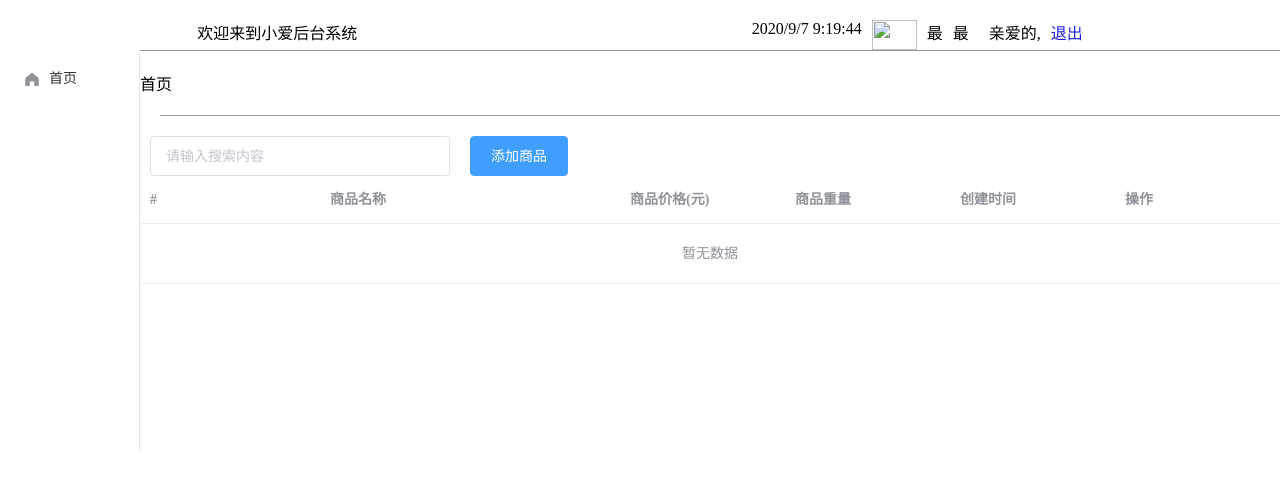
Repository: wujingwenwu/system
Page: /goods/goods
The author's editor kept a copy of each file at every save. The page is drawn from the files as they stood at one save, then again after the next save.
The browser window is 1280 px wide. The pictures show the whole page.
The page's requests for data from a server got no answer. The project was rebuilt for these pictures with package versions that can differ from the ones it lists, and the page was loaded fresh each time. No one was signed in, and anything a server would have sent is missing. Also part of the build but not shown: vue.config.js, src/views/Home.vue.

Above is the page before, as saved 2020-09-07 11:33:37.

### public/index.html
<!DOCTYPE html>
<html lang="en">
  <head>
    <meta charset="utf-8">
    <meta http-equiv="X-UA-Compatible" content="IE=edge">
    <meta name="viewport" content="width=device-width,initial-scale=1.0">
    <link rel="icon" href="<%= BASE_URL %>favicon.ico">
    <title><%= htmlWebpackPlugin.options.title %></title>
  </head>
  <body>
    <noscript>
      <strong>We're sorry but <%= htmlWebpackPlugin.options.title %> doesn't work properly without JavaScript enabled. Please enable it to continue.</strong>
    </noscript>
    <div id="app"></div>
    <!-- built files will be auto injected -->
    <!--[if lte IE 9]>
    <div style='position:absolute; top: 50%; left:50%; margin-top: -50px;margin-left: -400px; align-items: center;justify-content: center;'>
      <div style='width: 800px; height: 100px;text-align: center'>
        <h1>
        您的浏览器版本过低 请下载最新的谷歌浏览器
      </h1>
      <div style='text-align: center;width: 800px'>
        <a href='https://www.chromestatus.com/feature/5636954674692096'>下载谷歌浏览器点此链接</a>
      </div>
      </div>
    </div>
  <![endif]-->
  </body>
</html>

### src/main.js
import Vue from "vue";
import App from "./App.vue";
import router from "./router";
import store from "./store";
import './bus'
import axios from 'axios';
import ElementUI from 'element-ui'
import 'element-ui/lib/theme-chalk/index.css'
import  echarts from 'echarts';
Vue.config.productionTip = false;
Vue.prototype.$axios = axios;
Vue.use(ElementUI)
Vue.prototype.$echarts = echarts;
new Vue({
  router,
  store,
  render: h => h(App)
}).$mount("#app");

### src/App.vue
<template>
  <div id="app">
    <router-view />
  </div>
</template>

<style lang="scss">
@import "../src/style/demo";
* {
  margin: 0;
  padding: 0;
}
</style>

### src/router/index.js
import Vue from "vue";
import VueRouter from "vue-router";
import Home from "../views/Home.vue";
import Public from '../views/publics/Public'
Vue.use(VueRouter);

const routes = [
  {
    path: '/Home',
    redirect: '/'
  },
  {
    path: "/about",
    name: "About",
    // route level code-splitting
    // this generates a separate chunk (about.[hash].js) for this route
    // which is lazy-loaded when the route is visited.
    component: () =>
      import(/* webpackChunkName: "about" */ "../views/About.vue")
  },
  {
    path: "/login",
    name: "Login",
    component: () =>
      import("../views/login/Login"),

  },
  {
    path: "/",
    name: "首页",
    component: Public,
    children: [
      {
        path: "",
        name: "Home",
        component: Home,
        meta: {
          title: "首页",
          icon: 'el-icon-s-home'
        },
      }
    ]
  },
  {
    path: "/users",
    name: "Public",
    component: Public,
    meta: {
      title: "用户管理",
      icon: 'el-icon-user-solid',
    },
    children: [
      {
        path: "users",
        name: "Users",
        component: () => import("../views/users/Users"),
        meta: {
          title: "用户列表",
          icon: 'el-icon-folder-opened',
          path: "/users/users"
        },
      }

    ]
  },
  {
    path: "/rights",
    name: "Public",
    component: Public,
    meta: {
      title: "权限管理",
      icon: 'el-icon-folder'
    },
    children: [
      {
        path: "roles",
        name: "Roles",
        component: () => import("../views/roles/Roles"),
        meta: {
          title: "角色列表",
          icon: 'el-icon-setting',
          path: '/rights/roles'
        },
      },
      {
        path: "rights",
        name: "Roles",
        component: () => import("../views/rights/Rights"),
        meta: {
          title: "权限列表",
          icon: 'el-icon-c-scale-to-original',
          path: '/rights/rights'
        },
      },
    ]
  },
  {
    path: "/goods",
    name: "Public",
    component: Public,
    meta: {
      title: "商品管理",
      icon: 'el-icon-shopping-bag-2'
    },
    children: [
      {
        path: "goods",
        name: "Goods",
        component: () => import("../views/goods/Goods"),
        meta: {
          title: "商品列表",
          icon: 'el-icon-bangzhu',
          path: '/goods/goods'
        },
      },
      {
        path: "params",
        name: "Params",
        component: () => import("../views/params/Params"),
        meta: {
          title: "分类参数",
          icon: 'el-icon-bell',
          path: '/goods/params'
        },
      },
      {
        path: "categories",
        name: "Categories",
        component: () => import("../views/categories/Categories"),
        meta: {
          title: "商品分类",
          icon: 'el-icon-date',
          path: '/goods/categories'
        },
      },
    ]
  },
  {
    path: "/orders",
    name: "Public",
    component: Public,
    meta: {
      title: "订单管理",
      icon: 'el-icon-s-order'
    },
    children: [
      {
        path: "orders",
        name: "Orders",
        component: () => import("../views/orders/Orders"),
        meta: {
          title: "订单列表",
          icon: 'el-icon-folder-add',
          path: '/orders/orders'
        },
      }

    ]
  },
  {
    path: "/reports",
    name: "Public",
    component: Public,
    meta: {
      title: "数据统计",
      icon: 'el-icon-message'
    },
    children: [
      {
        path: "reports",
        name: "Reports",
        component: () => import("../views/reports/Reports"),
        meta: {
          title: "数据报表",
          icon: 'el-icon-position',
          path: '/reports/reports'
        },
      }

    ]
  },
];

const router = new VueRouter({
  mode: "history",
  base: process.env.BASE_URL,
  routes
});

export default router;

### src/store/index.js
import Vue from "vue";
import Vuex from "vuex";
import login from './login/login';
import publics from './publics/publics';
import report from './report/report';
import management  from './management/management';
import jurisdiction from './jurisdiction/jurisdiction';
import goodser from './goodser/goodser'
Vue.use(Vuex);

export default new Vuex.Store({
  state: {},
  mutations: {},
  actions: {},
  modules: {
    login,
    publics,
    report,
    management,
    jurisdiction,
    goodser
  }
});

### src/bus/index.js
import Vue from 'vue'
const bus = new Vue()
Vue.prototype.$bus = bus

### src/style/demo.scss
.d-f{
    display: flex;
    /* 弹性盒模型 */
}
.f-s-12{
    font-size: 12px;
    /* 字体大小为12px */
}
.f-s-14{
    font-size: 14px;
    /* 字体大小为14px */
}
.f-s-16{
    font-size: 16px;
    /* 字体大小为16px */
}
.f-w{
    font-weight: 700;
    /*字体 加粗 */
}
.f-c-ho{
    color: #f00;
    /* 红色 */
}
.f-c-hu{
    color: #ccc;
    /* 灰色 */
}
.f-c-b{
    color: #ffffff;
    /* 白色 */
}
.f-c-he{
    color: #000;
    /* 黑色 */
}
.t-a-l{
    text-align: left;
    /* 文本左对齐 */
}
.t-a-c{
    text-align: center;
    /* 文本居中 */
}
.t-a-r{
    text-align: right;
    /* 文本右对齐 */
}
.t-d-u{
    text-decoration: underline;
    /* 装饰在文本底部 */
}
.t-d-o{
    text-decoration: overline;
    /* 装饰在顶部 */
}
.t-d-l-t{
    text-decoration: line-through;
    /* 装饰在文本中间 */
}
.d-i{
    display: inline;
    /* 块级元素装换成行内元素 */
}
.d-i-b{
    display: inline-block;
    /* 块级元素装换成行内块元素 */
}
.d-b{
    display: block;
    /* 行内和行内块元素装换成块级元素 */
}
.d-n{
    display: none;
    /* 隐藏元素 */
}
.p-r{
    position: relative;
    /* 相对定位 */
}
.p-a{
    position: absolute;
    /* 绝对定位 */
}
.p-f{
    position: fixed;
    /* 固定定位 */
}
.b-r-50{
    border-radius: 50%;
    /* 圆角为50% */
}
.j-c-s-a{
    justify-content: space-around;
   /* 两边的子元素距离父元素的两边有间距，然后中间距离自动等分 */
}
.j-c-s-b{
    justify-content: space-between;
    /* 两边的子元素距离父元素没有间距，然后中间距离自动等分 */

}
.j-c-c{
    justify-content: center;
     /* 所有的子元素相当于父元素水平居中 */
}
.a-i-c{
    align-items: center;
    /* （竖轴排列方式）子元素相当于父元素垂直方向居中 */
}
.f-d-c{
    flex-direction: column;
    /* 弹性盒模型的竖项排列方式 */
}
*{
  margin: 0;
  padding: 0;
  /* 清除游览器的痕迹 */
}
.conter{
    display: flex;
    justify-content: center;
    /* 弹性盒模型，所有的文本在页面的中间 */
}
.warp{
   width: 1280px;
   /* 宽度为1280px，基本上不会超过1400px */
}
.o-h{
    overflow: hidden;
    /* 超出部分隐藏 */
}
.w-o-t{
    white-space: nowrap;
    overflow: hidden;
    text-overflow: ellipsis;
    /* 超出部分隐藏（只限字体） */
}
.d-n{
    display: none;
    /* 不占位置 */
}
.v-h{
    visibility: hidden;
    /* 占位置 */
}
.f-w-w{
    flex-wrap: wrap;
    /* 换行 */
}
.w-s-n{
    white-space: nowrap;
    /* 内容不换行 */
}
.m-t-20{
    margin-top: 20px;
    /* 向下20 */
}
.m-l-20{
    margin-left: 20px;

}
.m-t-10{
    margin-top: 10px;
}
.m-l-10{
    margin-left: 10px;
}
.b-c-hong{
    background-color: red;
}
.b-c-hei{
    background-color: black;
}
.b-c-bai{
    background-color: #ffffff;
}
.b-c-hui{
    background-color: #ccc;
}
.b-1-s-hong{
    border: 1px solid red;
}
.b-1-d-hong{
    border: 1px dashed red;
}
.b-1-s-bai{
    border: 1px solid #ffffff;
}
.b-1-d-bai{
    border: 1px dashed #ffffff;
}
.b-1-s-hei{
    border: 1px solid black;
}
.b-1-d-hei{
    border: 1px dashed black;
}
.b-1-s-hui{
    border: 1px solid #ccc;
}
.b-1-d-hui{
    border: 1px dashed #ccc;
}
.b-l-n{
    border-left: none;
    /* 左边框隐藏 */
}
.b-t-n{
    border-top: none;
}
.b-r-n{
    border-right: none;
}
.b-b-n{
    border-bottom: none;
}
.m-t-15{
    margin-top: 15px;
}
.m-t-30{
    margin-top: 30px;
}
.m-t-5{
    margin-top: 5px;
}
.b-none{
    border: none;
}
.f-s-18{
    font-size: 18px;
}
.m-l--10{
    margin-left: -10px;
}
.m-l-40{
    margin-left: 40px;
}
.m-t-40{
    margin-top: 40px;
}
.o-n{
    outline: none;
    /* 隐藏边框 */
}

### src/views/publics/Public.vue
<template>
<div>
  <div class="d-f publics j-c-s-a m-t-20">
    <div>欢迎来到小爱后台系统</div>
    <div class="d-f">
    <div>  {{ nowDate + ' ' + nowTime + ' ' }}</div>
     <div class="d-f m-l-10">

    <img :src="img" alt="" class="img">
    <div class="m-l-10">{{weather.type}}</div>
    <div>最{{weather.high}}</div>
    <div class="m-l-10">最{{weather.low}}</div>
    <div class="m-l-20">亲爱的,{{user}}</div>
    <div class="m-l-10 color" @click="toOut">退出</div>
    </div>
    </div>
  </div>
  <div class="d-f">
  <el-menu
      :default-active="$route.path"
      class="el-menu-vertical-demo"
      @open="handleOpen"
      @close="handleClose" unique-opened router>
       <el-menu-item index="/">
        <i class="el-icon-s-home"></i>
        <span slot="title">首页</span>
      </el-menu-item>
      <el-submenu :index="item.path" v-for="(item,index) in menus" :key="index" >
        <template slot="title">
         <i :class="item.icon"></i>
         <span>{{item.authName}}</span>
        </template>
        <el-menu-item-group v-for="(item1,index1) in item.children" :key="index1">

          <el-menu-item :index="item1.path"><i :class="item1.icon"></i>{{item1.authName}}</el-menu-item>

        </el-menu-item-group>
      </el-submenu>



    </el-menu>
    <div>
    <div class="show"></div>
    <div class="m-t-20">首页</div>
    <div class="show1 m-t-20"></div>
  <router-view></router-view>
  </div>
  </div>
  </div>
</template>

<script>
import { createNamespacedHelpers } from 'vuex'
const userModule = createNamespacedHelpers('publics')
const { mapState: userState, mapActions: userActions } = userModule
export default {
  name: "",
  props: {},
  data() {
    return {
      nowDate: "", // 当前日期
      nowTime: "", // 当前时间
      hous:'',
      weather:'',
      img:'',
      user:'',
      routes:''
    };
  },
  components: {},
  methods: {
    toOut(){
      this.$router.push('/login')
    },
    handleOpen(){

    },
    handleClose(){
    },
      ...userActions(['getMenus']),
      //获取当前时间
    currentTime() {
            setInterval(this.getDate, 500);
        },
        getDate: function() {
            var _this = this;
            let yy = new Date().getFullYear();
            let mm = new Date().getMonth() + 1;
            let dd = new Date().getDate();
            let hh = new Date().getHours();
            this.hous=new Date().getHours()
            let mf =
                new Date().getMinutes() < 10
                    ? "0" + new Date().getMinutes()
                    : new Date().getMinutes();
               let my =
                new Date().getSeconds() < 10
                    ? "0" + new Date().getSeconds()
                    : new Date().getSeconds();
            _this.nowTime = hh + ":" + mf +":"+ my;
            _this.nowDate = yy + "/" + mm + "/" + dd;
        },

  },
  mounted() {
    console.log(this.$router);
    this.routes=this.$router.options.routes
       this.getMenus()
      this.currentTime();
      //获取天气
     this.$axios
      .get("http://wthrcdn.etouch.cn/weather_mini?city=成都")
      .then((res) =>{
        // console.log(res.data.data);
        this.weather=res.data.data.forecast[0]//获取到当天的天气
        console.log(this.weather);
        if(this.weather.type=='多云'){
            this.img=require("../../image/90XB9(C7P}7EJ59[7O99%K5.png")
        }if(this.weather.type=='晴天'){
          this.img=require("../../image/{}BC(0D8R~BDMVK70GMGXYT.png")
        }if(this.weather.type=='小雨'){
          this.img=require("../../image/`1L(N@R7EQZ_8M3(AY`~O~C.png")
        }

      })
      .catch((err) =>{
        console.log(err);
      });
    this.user=localStorage.getItem('user')
  },
   // 销毁定时器
    beforeDestroy: function() {
        if (this.getDate) {
            console.log("销毁定时器")
            clearInterval(this.getDate); // 在Vue实例销毁前，清除时间定时器
        }
    },
  watch: {},
  computed: {
     ...userState(['menus'])
  }
};
</script>

<style scoped lang='scss'>
.img{
    width: 45px;
    height: 30px;
}
.color{
    color: rgb(31, 31, 231);
    cursor: pointer;
}
.el-menu-vertical-demo:not(.el-menu--collapse) {
    width: 200px;
    min-height: 400px;
  }
  .show{
    width: 1140px;
   height: 1px;
   background: #999;

  }
  .show1{
     width: 1120px;
   height: 1px;
   background: #999;
   margin-left: 20px;
  }
</style>

### src/views/goods/Goods.vue
<template>
<!--商品列表-->
 <div>
 <div class="d-f m-t-20">
 <el-input
  placeholder="请输入搜索内容" class="input m-l-10"
  v-model="input"
  clearable>
</el-input>
<div class="m-l-20">
<el-button type="primary">添加商品</el-button>
</div>
 </div>
   <el-table
      :data="goodser"
      style="width: 100%">
      <el-table-column
        type="index"
        :index="indexMethod"
        label="#"
        width="180">
      </el-table-column>
      <el-table-column
        prop="goods_name"
        label="商品名称"
        width="300">
      </el-table-column>
      <el-table-column
        prop="goods_price"
        label="商品价格(元)">
      </el-table-column>
       <el-table-column
        prop="goods_weight"
        label="商品重量">
      </el-table-column>
       <el-table-column
        prop="add_time"
        label="创建时间">
      </el-table-column>
        <el-table-column
        label="操作">
       <el-button type="primary" size="mini" icon="el-icon-edit-outline"></el-button>
       <el-button type="danger" size="mini" icon="el-icon-delete"></el-button>
      </el-table-column>
    </el-table>
 </div>
</template>

<script>
import { createNamespacedHelpers } from "vuex";
const userModule = createNamespacedHelpers("goodser");
const { mapState, mapActions } = userModule;
 export default {
   name:'',
   props:{

    },
   data () {
     return {
     query:'',
     pagenum:'1',
     pagesize:'10',
     input: '',
   }
   },
   components: {

   },
   methods: {
 ...mapActions(["getGoodser"]),
 //获取下标
    indexMethod(index) {
      return index * 1 + 1;
    },
   },
   mounted() {
    this.getGoodser({
     query:this.query,
      pagenum:this.pagenum,
      pagesize:this.pagesize
    })
   },
   watch: {

   },
   computed: {
    ...mapState(["goodser"])
   }
 }
</script>

<style scoped lang='scss'>
.input{
  width: 300px;
}
</style>

### src/store/login/login.js
import api from '../../components/http/api';
import router from '../../router';
import {Message} from 'element-ui';

export default {
  // 开启命名空间 这个文件就是单独的一个vuex的模块
  namespaced: true,
  state: {
    menus: []
  },
  mutations: {
    setMenus(state, data) {
      state.menus = data
    }
  },
  actions: {
    // 所有的请求都写在actions里面
    // action里面的方法可以传两个参数 第一个参数是整个store(vuex对象) 第二个参数是请求的参数

    async login( {commit},{username, password}) {
      console.log(commit);
      let res = await api.login({
        username,
        password
      })
      if (res.meta.status === 200) {
        // 存储信息
        localStorage.setItem('adminToken', res.data.token)
        localStorage.setItem('adminUser', JSON.stringify(res.data))
        localStorage.setItem('user',username)
        // 跳转路由
        router.push('/')
        // 提示用户
        Message.success('登录成功')
      } else {
        Message.error(res.meta.msg)
      }
    }
    // getMenus() {
    //   api.getMenus().then().catch()
    // }
  },
}

### src/store/report/report.js
import api from '../../components/http/api';
// import router from '../../router';
// import {Message} from 'element-ui';

export default {
  // 开启命名空间 这个文件就是单独的一个vuex的模块
  namespaced: true,
  state: {
   data:[],
   legend:[],
   xAxis:[]
  },
  mutations: {
    setData(state, data) {
      state.data = data
    },
    setLegend(state, data) {
        state.legend = data
      },
      setXAxis(state, data) {
        state.xAxis = data
      }
  },
  actions: {
    // 所有的请求都写在actions里面
    // action里面的方法可以传两个参数 第一个参数是整个store(vuex对象) 第二个参数是请求的参数

    async getReports( {commit}) {
      console.log(commit);
      let res = await api.getReports({

      })
      if (res.meta.status === 200) {
          this.data = res.data.series
          commit('setData', res.data.series)
          commit('setXAxis', res.data.xAxis[0].data)
          commit('setLegend', res.data.legend.data)
        console.log(res.data);
      }
    }

  },
}

### src/store/management/management.js
import api from '../../components/http/api';
import Vue from 'vue';
import dayjs from 'dayjs';
// import router from '../../router';
// import {Message} from 'element-ui';

export default {
  // 开启命名空间 这个文件就是单独的一个vuex的模块
  namespaced: true,
  state: {
    orderss:[],
    logistics:[]
  },
  mutations: {
    setOrderss(state, data) {
        state.orderss = data
    },
    setLogistics(state, data) {
      state.logistics = data
  },
  },
  actions: {
    // 所有的请求都写在actions里面
    // action里面的方法可以传两个参数 第一个参数是整个store(vuex对象) 第二个参数是请求的参数

    async getOrderss({ commit }, {query,pagenum,pagesize,user_id,pay_status,is_send,order_fapiao_title,order_fapiao_company,order_fapiao_content,consignee_addr}) {

      let res = await api.getOrderss({
        query,pagenum,pagesize,user_id,pay_status,is_send,order_fapiao_title,order_fapiao_company,order_fapiao_content,consignee_addr
      })
      if (res.meta.status === 200) {
        // 存储信息
        commit('setOrderss', res.data.goods)
       console.log(res.data);
      }
      res.data.goods.map(item=>{
        if(item.pay_status==='0'){
          Vue.set(item,'pay_statuss','未付款')
        }else{
          Vue.set(item,'pay_statuss','已付款')
        };
        item.create_time= dayjs(item.create_time).format('YYYY-MM-DD HH-mm-ss')
      })
    },

    async getLogistics({ commit }, {id}) {

      let res = await api.getLogistics({
        id
      })
      if (res.meta.status === 200) {
        // 存储信息
        commit('setLogistics', res.data)
        console.log(commit);
       console.log(res);
      }
    }
  },
}

### src/store/jurisdiction/jurisdiction.js
import api from '../../components/http/api';
import Vue from 'vue'
// import router from '../../router';
import {Message} from 'element-ui';

export default {
  // 开启命名空间 这个文件就是单独的一个vuex的模块
  namespaced: true,
  state: {
    power: [],
    roles:[],
    rights:[]
  },
  mutations: {
    setPower(state, data) {
      state.power = data
    },
    getRoles(state, data) {
      state.roles = data
    },
    setRights(state, data) {
      state.rights = data
    },
  },
  actions: {
    // 所有的请求都写在actions里面
    // action里面的方法可以传两个参数 第一个参数是整个store(vuex对象) 第二个参数是请求的参数
    async getPower( {commit},{type}) {
      console.log(commit);
      let res = await api.getPower({
        type
      })
      if (res.meta.status === 200) {
        commit('setPower', res.data)
       console.log(res.data);
      }
      res.data.map(item=>{
          if(item.level==='0'){
            Vue.set(item, 'levels','一级')
          }if(item.level==='1'){
            Vue.set(item, 'levels','二级')
          }if(item.level==='2'){
            Vue.set(item, 'levels','三级')
          }
      })
    },
    //角色列表
    async getRoles( {commit}) {
      console.log(commit);
      let res = await api.getRoles({

      }
      )
      console.log(res);
      if (res.meta.status === 200) {
        commit('getRoles', res.data)
       console.log(res);
      }
    },
    //添加角色
    async postAddrole( {dispatch},{roleName,roleDesc}) {
      let res = await api.postAddrole({
        roleName,roleDesc
      }
      )
      if (res.meta.status === 201) {
        dispatch('getRoles',
        )
        Message.success('添加用户成功')
       console.log(res);
      }
    },
    async deleteRole( {dispatch},{id}) {
      let res = await api.deleteRole({
        id
      }
      )
      if (res.meta.status === 200) {
        dispatch('getRoles',
        )
        Message.success('删除用户成功')
       console.log(res);
      }
    },
    async editRole( {dispatch},{id,roleName,roleDesc}) {
      let res = await api.editRole({
        id,roleName,roleDesc
      }
      )
      if (res.meta.status === 200) {
        dispatch('getRoles',
        )
        Message.success('修改用户成功')
       console.log(res);
      }
    },
    //获取权限管理
    async getRights( {commit},{type}) {
      let res = await api.getRights({
        type
      }
      )
      console.log(res);
      if (res.meta.status === 200) {
        commit('setRights', res.data)

      }
    },
    async setRoles( {commit},{roleId,rids}) {
      console.log(commit);
      let res = await api.setRoles({
        roleId, rids
      }
      )
      if (res.meta.status === 200) {
        console.log(res);
        Message.success('修改权限成功')
      }
    },
  },
}

### src/store/goodser/goodser.js
import api from '../../components/http/api';
import dayjs from 'dayjs'
// import Vue from 'vue'
// import router from '../../router';
// import {Message} from 'element-ui';

export default {
  // 开启命名空间 这个文件就是单独的一个vuex的模块
  namespaced: true,
  state: {
    goodser:[]
  },
  mutations: {
    setGoodser(state, data) {
        state.goodser = data
      },
  },
  actions: {
    // 所有的请求都写在actions里面
    // action里面的方法可以传两个参数 第一个参数是整个store(vuex对象) 第二个参数是请求的参数
    async getGoodser( {commit},{query,pagenum,pagesize}) {
      console.log(commit);
      let res = await api.getGoodser({
        query,pagenum,pagesize
      })
      console.log(res);
      if (res.meta.status === 200) {
        commit('setGoodser', res.data.goods)
      };
      res.data.goods.map(item=>{
          item.add_time=dayjs(item.add_time).format('YYYY-MM-DD HH-mm-ss')
      })

    },






  },
}

### src/components/http/api.js
import service from './index';
import qs from 'qs'

export default {
  login({username, password}) {
    return service.post('/login', {
      username,
      password
    })
  },
  getMenus() {
    return service.get('menus')
  },
  getUserList({pagenum,pagesize,query}) {
    return service.get(`users?pagenum=${pagenum}&pagesize=${pagesize}&query=${query}`)
  },
  getState({uId,type}) {
    return service.put(`users/${uId}/state/${type}`)
  },
  getParty({username,password,email,mobile}) {
    return service.post(`users`,
    {username,password,email,mobile}
    )
  },
  //删除
  getDelete({id}) {
    return service.delete(`users/${id}`,
    )
  },
  //修改用户
  getAmend({id,email,mobile}) {
    return service.put(`users/${id}`,{email,mobile}
    )
  },
   //基于时间统计的折线图
   getReports() {
    return service.get(`reports/type/1/`)
  },
  //订单数据列表
  // query,user_id,pay_status,is_send,order_fapiao_title,order_fapiao_company,order_fapiao_content,consignee_addr
  getOrderss({pagenum,pagesize}) {
    return service.get(`orders?pagenum=${pagenum}&pagesize=${pagesize}`)
  },
    getPower({type}) {
      return service.get(`rights/${type}`)
    },
    //查看物流信息
    getLogistics({id}) {
      return service.get(`kuaidi/${id}`)
    },
    //角色列表
    getRoles() {
      return service.get(`roles`)
    },
    //添加角色
    postAddrole({roleName,roleDesc}) {
      return service.post(`roles`,{roleName,roleDesc})
    },
     //删除角色
     deleteRole({id}) {
      return service.delete(`roles/${id}`)
    },
     //编辑角色
     editRole({id,roleName,roleDesc}) {
      return service.put(`roles/${id}`,{roleName,roleDesc})
    },
    //分配权限
    setRoles({ roleId, rids }) {
      return service.post(`roles/${roleId}/rights`, qs.stringify({ rids }), {
        headers: { 'Content-Type': 'application/x-www-form-urlencoded' },
      });
    },
       // 权限管理
       getRights({type}) {
        return service.get(`rights/${type}`)
      },
        // 商品列表数据
        getGoodser({query,pagenum,pagesize}) {
          return service.get(`goods?query=${query}&pagenum=${pagenum}&pagesize=${pagesize}`)
        },
}

### src/components/http/index.js
import axios from 'axios'
import nprogress from 'nprogress'
import {Message} from 'element-ui'

// 运行环境: 本地环境:devlpment 和线上(生产)环境: production
const isPro = process.env.NODE_ENV === 'production'

// 创建一个axios的实例
const service = axios.create({
  // 基础路径: 需要根据当前的运行环境来判断
  baseURL: isPro ? '线上的接口路径' : '/api',
  // 超时时间
  timeout: 100000
})


// 请求拦截: 每一次发请求都会做的事情
service.interceptors.request.use((config) => {
  nprogress.start()
  // 前后端鉴权
  // jwt: JSON WEB TOKEN
  // 登录成功之后 后端会返回一个令牌
  let token = localStorage.getItem('adminToken')
  if (token) {
    // 需要在请求头当中添加token
    config.headers['Authorization'] = token
  }
  return config
}, err => {
  nprogress.done()
  return Promise.reject(err)
})


// 响应拦截: 每一次接口返回数据的时候都会做的事情
service.interceptors.response.use((res) => {
  nprogress.done()
  return res.data
}, err => {
  if (err.response && err.response.status) {
    // 错误请求的状态码
    let status = err.response.status
    if (status === 400) {
      Message.error('参数错误')
    }
    if (status === 401) {
      Message.error('登录过期,请重新登录')
    }
    if (status === 403) {
      Message.error('没有权限')
    }
    if (status === 404) {
      Message.error('接口路径错误')
    }
    if (status === 500) {
      Message.error('服务器出错')
    }
    if (status === 503) {
      Message.error('服务器在维护')
    }
  }
  return Promise.reject(err)
})


export default service

Loaded but not shown: src/store/publics/publics.js (148 lines, source omitted)

After the next save:
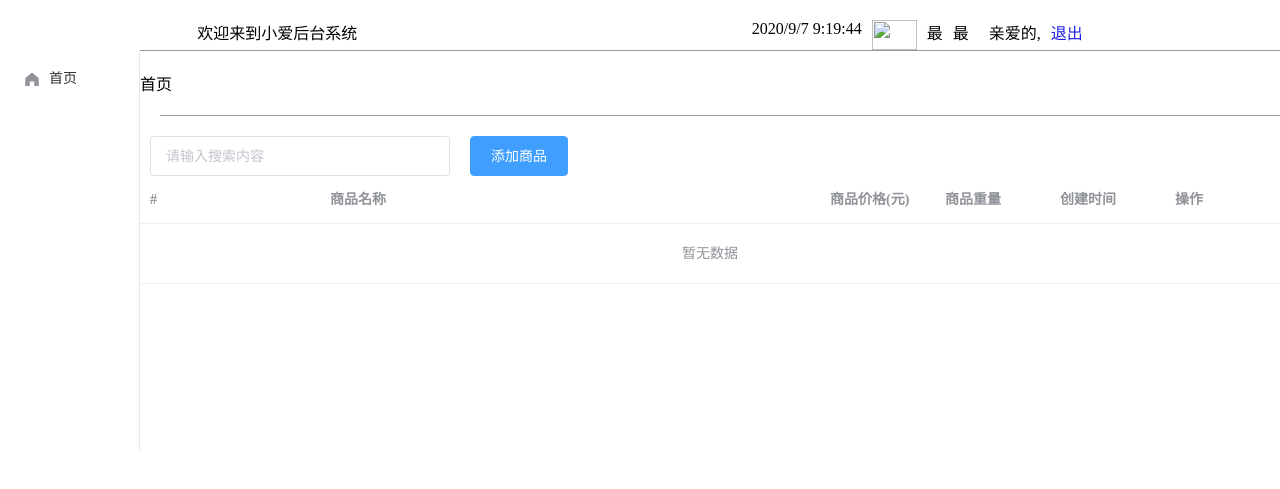
Saved 9 s later.
--- a/src/views/goods/Goods.vue
+++ b/src/views/goods/Goods.vue
@@ -23,7 +23,7 @@
       <el-table-column
         prop="goods_name"
         label="商品名称"
-        width="300">
+        width="500">
       </el-table-column>
       <el-table-column
         prop="goods_price"
